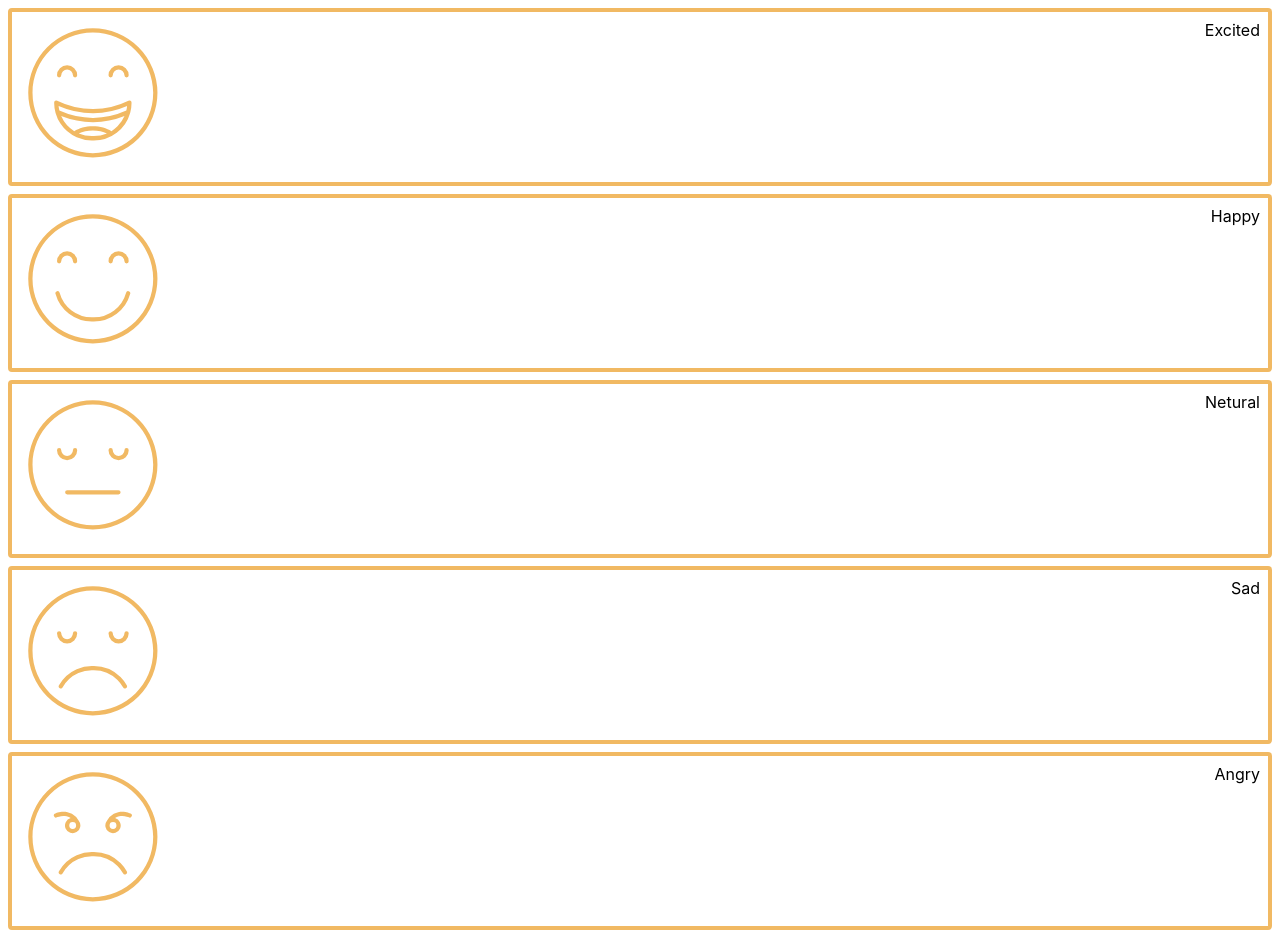
Repository: majakesin/moodify-app
Page: /
An editor plug-in stored every save of this project. The page is shown before and after the next save, followed by the edit.
The browser window is 1280 px wide. The pictures show the whole page.
The project was rebuilt for these pictures with package versions that can differ from the ones it lists, and the page was loaded fresh each time.

Above is the page before, as saved 2023-08-21 12:11:45.

After the next save:
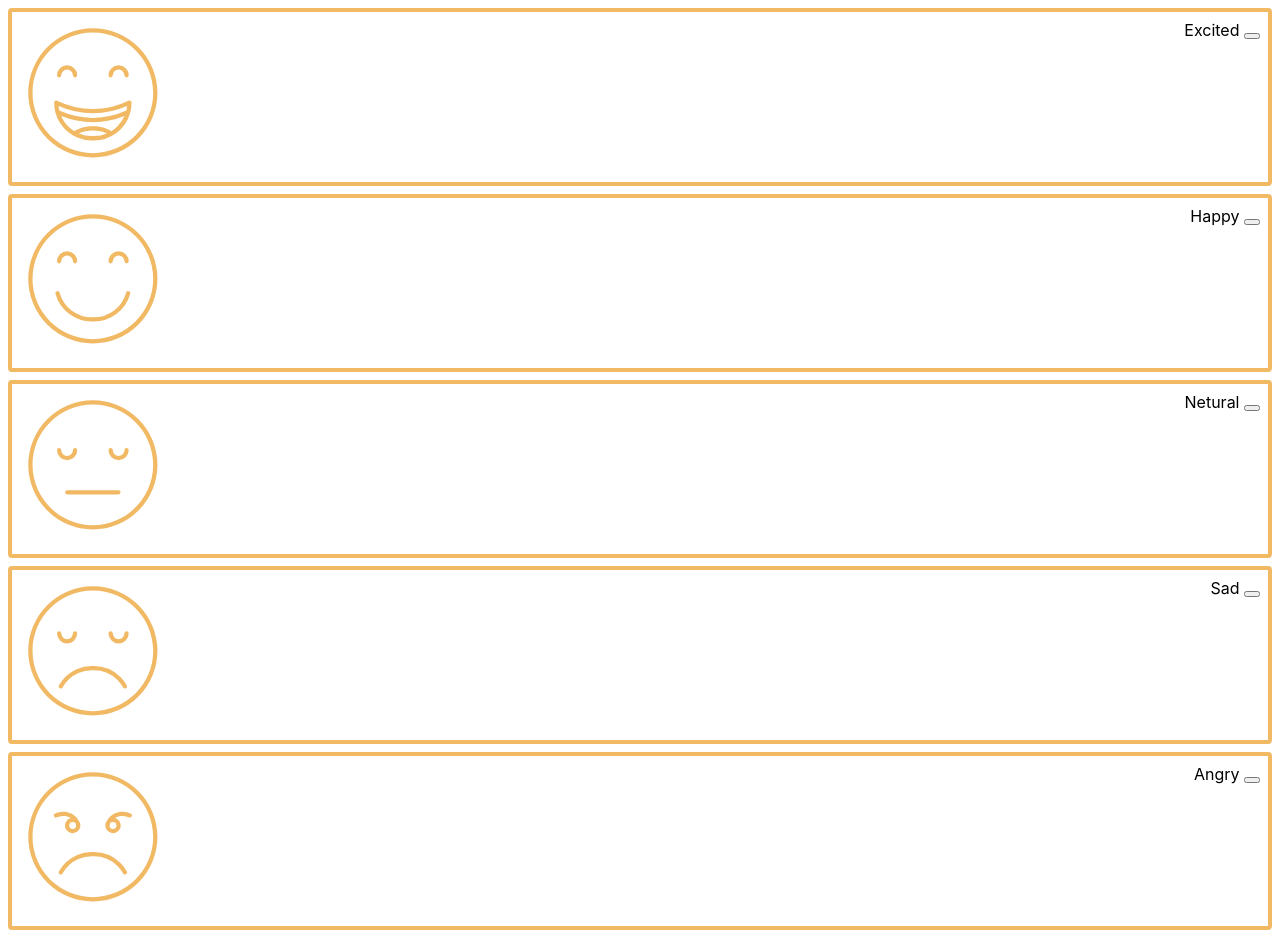
Saved 8 s later.
--- a/src/components/Mood/index.jsx
+++ b/src/components/Mood/index.jsx
@@ -11,6 +11,7 @@ const Mood = (props) => {
             </div>
             <div className={styles.content}>
                <span> {type} </span>
+             <button></button>
             </div>
         </div>
     )
